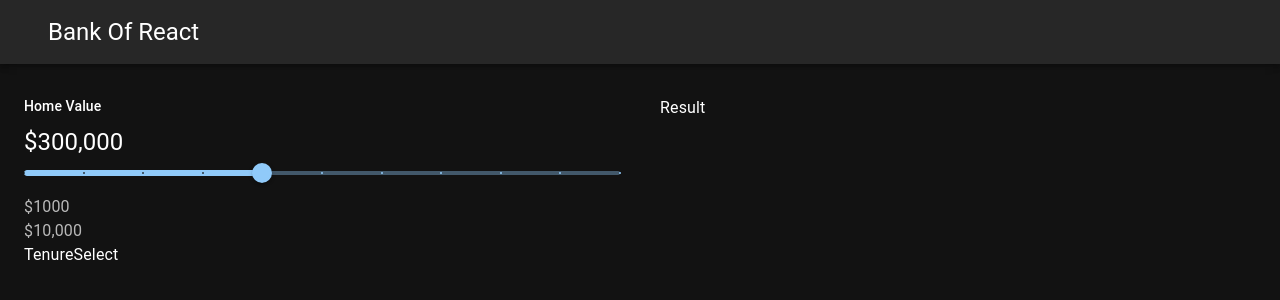
Repository: MikeeBuilds/mortgage-calculator
Page: /
These files come from the project's save history. The page is drawn as it stood at one moment and after a run of saves; the edit follows.
The browser window is 1280 px wide. The pictures show the whole page.
The project was rebuilt for these pictures with package versions that can differ from the ones it lists, and the page was loaded fresh each time.

Above is the page before, as saved 2023-04-03 19:19:22.

### src/index.js
import React from 'react';
import ReactDOM from 'react-dom/client';
import  CssBaseline  from '@mui/material/CssBaseline';
import { ThemeProvider, createTheme } from '@mui/material/styles';
import App from './App';
import reportWebVitals from './reportWebVitals';
import { theme } from './theme';

const root = ReactDOM.createRoot(document.getElementById('root'));
root.render(
  <React.StrictMode>
    <ThemeProvider theme={theme}>
      <CssBaseline />
    <App />
    </ThemeProvider>
  </React.StrictMode>
);

// If you want to start measuring performance in your app, pass a function
// to log results (for example: reportWebVitals(console.log))
// or send to an analytics endpoint. Learn more: https://bit.ly/CRA-vitals
reportWebVitals();

### src/App.js
import { Container, Grid } from "@mui/material";
import Navbar from "./components/Navbar";
import Result from "./components/Result";
import SliderSelect from "./components/SliderSelect";
import TenureSelect from "./components/TenureSelect";


function App() {
  return (
    <div className="App">
      <Navbar />
      <Container maxWidth="xl" sx={{ marginTop: 4 }}>
        <Grid container spacing={5}>

          <Grid item xs={12} md={6}>
            <SliderSelect />
            <TenureSelect />
          </Grid>
          <Grid item xs={12} md={6}>
            <Result />

          </Grid>

        </Grid>
      </Container>
    </div>
  );
}

export default App;

### src/theme.js
import {  createTheme } from "@mui/material/styles";

export const theme = createTheme({
    palette: {
        mode: "dark",
    },
    typography: {
        h1: {

        },
    },
});

### src/components/Navbar.js
import React from 'react'
import AppBar from '@mui/material/AppBar'
import ToolBar from '@mui/material/Toolbar'
import Typography from '@mui/material/Typography'
import Container from '@mui/material/Container'

const Navbar = () => {
  return (
    <AppBar position="static">
      <Container maxWidth='xl'>
        <ToolBar>
            <Typography variant="h5" component="div" sx={{ flexGrow: 1 }}>
                Bank Of React
            </Typography>
        </ToolBar>
      </Container>
    </AppBar>
  )
}

export default Navbar

### src/components/SliderSelect.js
import React, { Fragment } from 'react'
import SliderComponent from './common/SliderComponent'

const SliderSelect = () => {
  return (
    <>
        <SliderComponent
            min={0}
            max={50}
            defaultValue={20}
            step={5 }
            onChange={(e, value) => console.log(value)}
        />

    </>


  )
}

export default SliderSelect

### src/components/TenureSelect.js
import React from 'react'

const TenureSelect = () => {
  return (
    <div>TenureSelect</div>
  )
}

export default TenureSelect

### src/components/common/SliderComponent.js
import React from 'react'
import Slider from '@mui/material/Slider'
import { Stack, Typography } from '@mui/material'

const SliderComponent = ({ defaultValue, min, max, step, onChange, value }) => {
  return (
  <>
    <Stack gap={1}>
      <Typography variant='subtitle2'>Home Value</Typography>
      <Typography variant='h5'>$300,000</Typography>
    </Stack>

    <Slider
      defaultValue={defaultValue}
      min={min} max={max}
      aria-label='Default'
      valueLabelDisplay='auto'
      marks
      step={step}
      onChange={onChange}
      value={value}
      />
      <Stack>
    <Typography color='text.secondary'>$1000</Typography>
    <Typography color='text.secondary'>$10,000</Typography>
      </Stack>

  </>
  )
}

export default SliderComponent

Loaded but not shown: public/index.html (common file); src/reportWebVitals.js (common file); src/components/Result.js (common file)

After the next 3 saves:
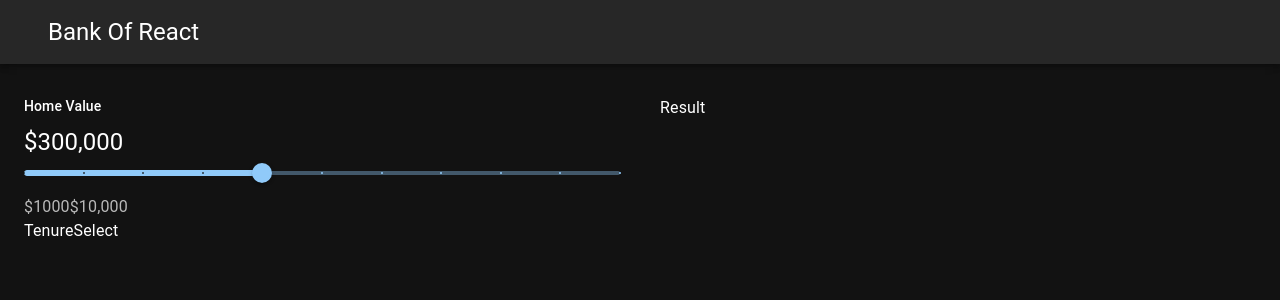
The 3 saves are shown as one change because they came seconds apart.
The last was saved 17 s later.
--- a/src/components/common/SliderComponent.js
+++ b/src/components/common/SliderComponent.js
@@ -20,7 +20,7 @@ const SliderComponent = ({ defaultValue, min, max, step, onChange, value }) => {
       onChange={onChange}
       value={value}
       />
-      <Stack>
+      <Stack direction='row'>
     <Typography color='text.secondary'>$1000</Typography>
     <Typography color='text.secondary'>$10,000</Typography>
       </Stack>
